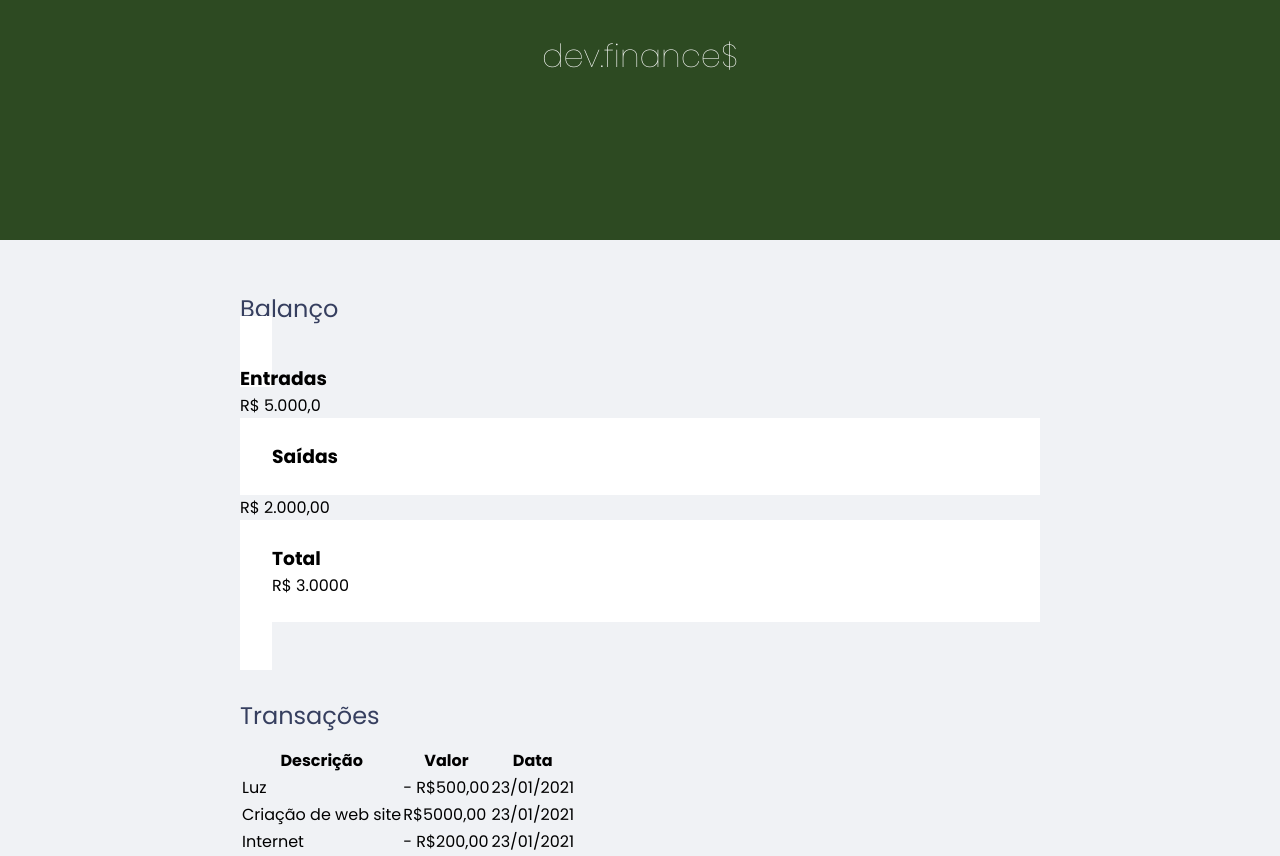
Repository: rafaelmgr12/maratona-dev01
Page: index.html
An editor plug-in stored every save of this project. The page is shown before and after the next save, followed by the edit.
The browser window is 1280 px wide. The pictures show the whole page.

Above is the page before, as saved 2021-04-26 20:30:28.

After the next save:
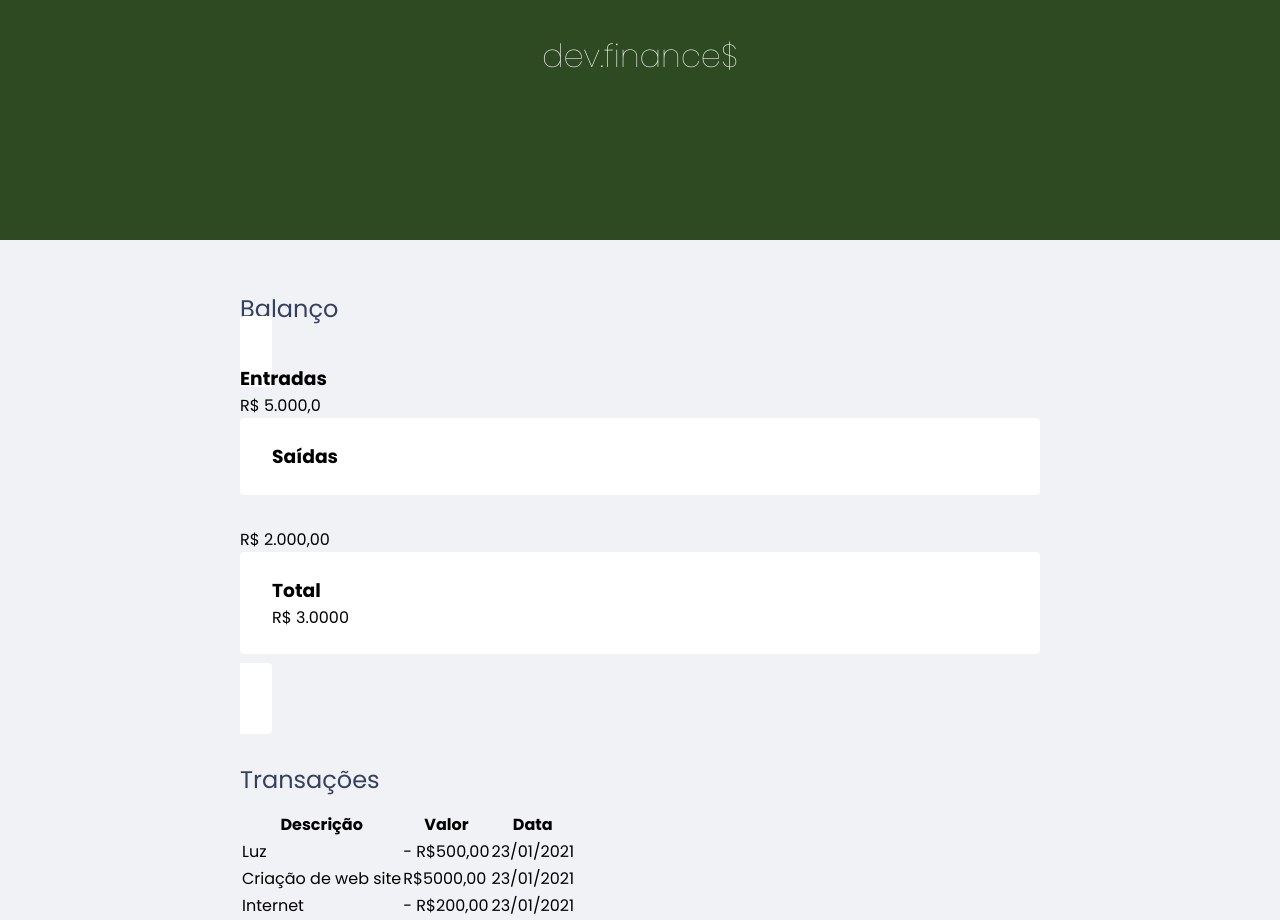
Saved 22 s later.
--- a/style.css
+++ b/style.css
@@ -50,6 +50,9 @@ balance h2 {
 .card {
   background: white;
   padding : 1.5rem 2rem;
+  border-radius : 0.25rem;
+
+  margin-bottom: 2rem;
 }
 
 /* footer ======================================== */
